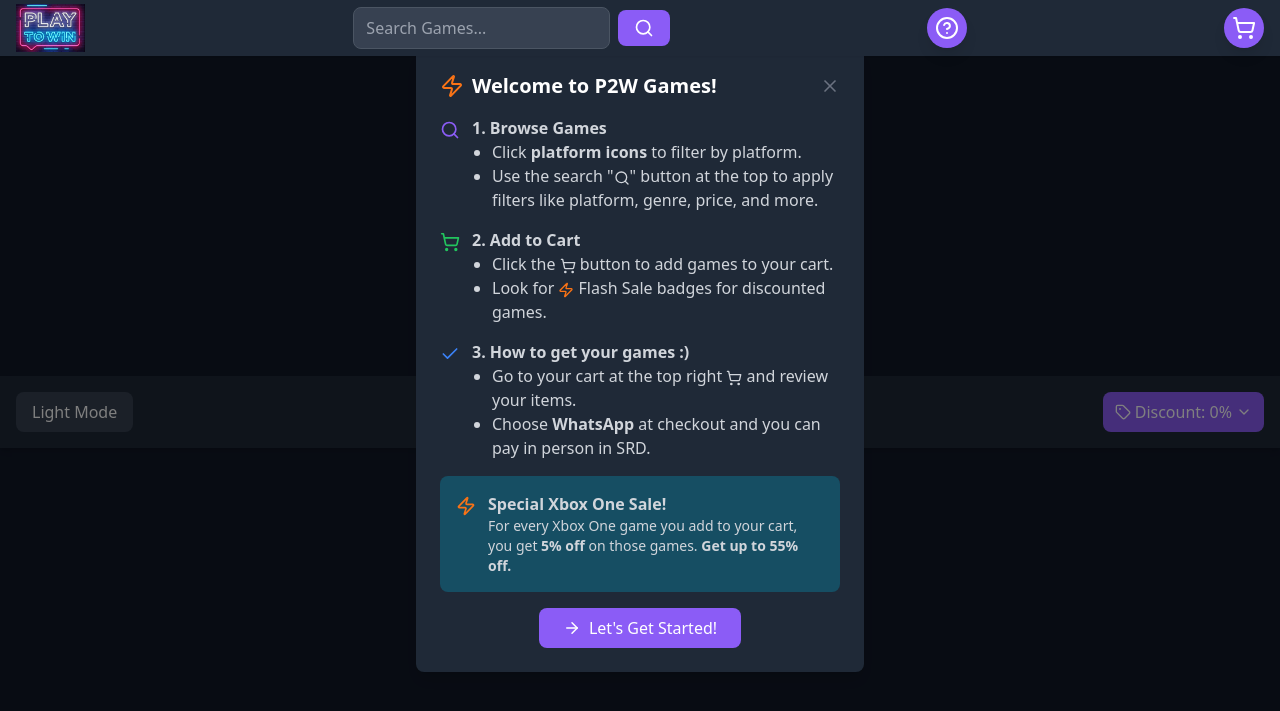
Repository: Play2Win777/P2W-Superbase
Page: /checkout
An editor plug-in stored every save of this project. The page is shown before and after a run of saves, followed by the edit.
The browser window is 1280 px wide. The pictures show the whole page.
The page's requests for data from a server got no answer. The project was rebuilt for these pictures with package versions that can differ from the ones it lists, and the page was loaded fresh each time. No one was signed in, and anything a server would have sent is missing. Also part of the build but not shown: vite.config.ts, src/components/Filters.tsx, src/components/GameCard.tsx, src/components/FlashSaleBadge.tsx, src/pages/GameDetails.tsx, src/pages/FlashSalePage.tsx, src/pages/IntroSalePage.tsx, src/components/Toast.tsx.

Above is the page before, as saved 2025-03-23 02:03:54.

### index.html
<!doctype html>
<html lang="en">
  <head>
    <meta charset="UTF-8" />
    <link rel="icon" type="image/svg+xml" href="/vite.svg" />
    <meta name="viewport" content="width=device-width, initial-scale=1.0" />
    <title>P2W Games</title>
  </head>
  <body>
    <div id="root"></div>
    <script type="module" src="/src/main.tsx"></script>
  </body>
</html>

### src/main.tsx
import { StrictMode } from 'react';
import { createRoot } from 'react-dom/client';
import App from './App.tsx';
import './index.css';

// Add Storylane script dynamically
//const script = document.createElement('script');
//script.src = 'https://js.storylane.io/js/v2/storylane.js';
//script.async = true;
//document.head.appendChild(script);

createRoot(document.getElementById('root')!).render(
  <StrictMode>
    <App />
  </StrictMode>
);

### src/App.tsx
// src/App.tsx
import React, { useEffect, useState } from 'react';
import { BrowserRouter as Router, Routes, Route, useNavigate, useLocation } from 'react-router-dom';
import { Search, Zap, X, ShoppingCart, Filter, ArrowRight, Check, HelpCircle } from 'lucide-react';
import { fetchGames } from './api';
import { useStore } from './store';
import { Filters } from './components/Filters';
import { GameCard } from './components/GameCard';
import { Cart } from './components/Cart';
import { GameDetails } from './pages/GameDetails';
import { Checkout } from './pages/Checkout';
import { FlashSalePage } from './pages/FlashSalePage';
import { IntroSalePage } from './pages/IntroSalePage';
import { DiscountPopup } from './components/DiscountPopup';
import { ThemeContext } from './context/ThemeContext';
import { Toast } from './components/Toast';
import { ExchangeRateProvider } from './context/ExchangeRateContext';

// IntroModal Component
const IntroModal = ({ isOpen, onClose }) => {
  if (!isOpen) return null;

  return (
    <div
      className="fixed inset-0 bg-black/50 flex items-center justify-center p-4 z-50"
      onClick={onClose} // Close modal when clicking outside
    >
      <div
        className="bg-white dark:bg-gray-800 p-6 rounded-lg max-w-md w-full max-h-[90vh] overflow-y-auto shadow-lg transform transition-all duration-300 ease-out animate-fade-in-scale"
        onClick={(e) => e.stopPropagation()} // Prevent clicks inside the modal from closing it
      >
        {/* Modal Header */}
        <div className="flex justify-between items-center mb-4">
          <h2 className="text-xl font-bold dark:text-white flex items-center gap-2">
            <Zap size={24} className="text-orange-500" />
            Welcome to P2W Games!
          </h2>
          <button
            onClick={onClose}
            className="text-gray-500 hover:text-gray-700 dark:hover:text-gray-300"
          >
            <X size={20} />
          </button>
        </div>

        {/* Modal Body */}
        <div className="text-gray-700 dark:text-gray-300 space-y-4">
          {/* Step 1: Browse Games */}
          <div className="flex items-start gap-3">
            <Search size={20} className="flex-shrink-0 mt-1 text-purple-500" />
            <div>
              <p className="font-semibold">1. Browse Games</p>
              <ul className="list-disc pl-5">
                <li>Click <strong>platform icons</strong> to filter by platform.</li>
                <li>Use the search "<Search size={16} className="inline" />" button at the top to apply filters like platform, genre, price, and more.</li>
              </ul>
            </div>
          </div>

          {/* Step 2: Add to Cart */}
          <div className="flex items-start gap-3">
            <ShoppingCart size={20} className="flex-shrink-0 mt-1 text-green-500" />
            <div>
              <p className="font-semibold">2. Add to Cart</p>
              <ul className="list-disc pl-5">
                <li>Click the <ShoppingCart size={16} className="inline" /> button to add games to your cart.</li>
                <li>Look for <Zap size={16} className="inline text-orange-500" /> Flash Sale badges for discounted games.</li>
              </ul>
            </div>
          </div>

          {/* Step 3: Checkout */}
          <div className="flex items-start gap-3">
            <Check size={20} className="flex-shrink-0 mt-1 text-blue-500" />
            <div>
              <p className="font-semibold">3. How to get your games :)</p>
              <ul className="list-disc pl-5">
                <li>Go to your cart at the top right <ShoppingCart size={16} className="inline" /> and review your items.</li>
                <li>Choose <strong>WhatsApp</strong> at checkout and you can pay in person in SRD.</li>
              </ul>
            </div>
          </div>

          {/* Special Xbox One Sale Note */}
          <div className="bg-yellow-100 dark:bg-cyan-900 p-4 rounded-lg">
            <div className="flex items-start gap-3">
              <Zap size={20} className="flex-shrink-0 mt-1 text-orange-500" />
              <div>
                <p className="font-semibold">Special Xbox One Sale!</p>
                <p className="text-sm">
                  For every Xbox One game you add to your cart, you get <strong>5% off</strong> on those games. <strong>Get up to 55% off.</strong>
                </p>
              </div>
            </div>
          </div>

          {/* Call to Action */}
          <div className="mt-4 flex justify-center">
            <button
              onClick={onClose}
              className="bg-purple-500 text-white px-6 py-2 rounded-lg hover:bg-purple-600 transition-colors flex items-center gap-2"
            >
              <ArrowRight size={18} />
              Let's Get Started!
            </button>
          </div>
        </div>
      </div>
    </div>
  );
};

// SEARCH BAR COMPONENT
const SearchBar = () => {
  const {
    games,
    searchGames,
    setFilteredGames,
    setCurrentPage
  } = useStore();
  const [searchTerm, setSearchTerm] = useState('');
  const navigate = useNavigate();
  const location = useLocation();

  const handleSearch = (e) => {
    const term = e.target.value;
    setSearchTerm(term);

    if (searchGames) {
      searchGames(term);
    } else {
      if (!term.trim()) {
        setFilteredGames(games);
      } else {
        const results = games.filter(game =>
          game.Game_Title.toLowerCase().includes(term.toLowerCase())
        );
        setFilteredGames(results);
      }
    }

    // Reset to first page when searching
    setCurrentPage(1);

    // If user is not on the home page and they've typed at least 2 characters, navigate to home
    if (location.pathname !== '/' && term.length >= 2) {
      navigate('/');
    }
  };

  return (
    <input
      type="text"
      placeholder="Search Games..."
      value={searchTerm}
      onChange={handleSearch}
      className="w-full px-3 py-2 border rounded-lg text-gray-900 dark:bg-gray-700 dark:text-white dark:border-gray-600"
    />
  );
};

// FOOTER COMPONENT
const Footer = ({ toggleDarkMode, darkMode }) => {
  return (
    <footer className="bg-white dark:bg-gray-800 shadow-md mt-8 py-4 overflow-visible">
      <div className="container mx-auto px-4 flex items-center justify-between">
        {/* Dark Mode Toggle on the left */}
        <button
          onClick={toggleDarkMode}
          className="bg-gray-200 dark:bg-gray-700 text-gray-900 dark:text-white px-4 py-2 rounded-lg whitespace-nowrap"
        >
          {darkMode ? (
            <span>Light Mode</span>
          ) : (
            <span>Dark Mode</span>
          )}
        </button>

        {/* Add DiscountPopup button to the footer */}
        <div className="ml-4">
          <DiscountPopup />
        </div>
      </div>
    </footer>
  );
};

function App() {
  const {
    games,
    filteredGames,
    currentPage,
    setGames,
    setFilteredGames,
    setCurrentPage,
    showFilters,
    setShowFilters,
    filters,
    toastMessage,
    toastDiscountInfo,
  } = useStore();

  const [darkMode, setDarkMode] = useState(true);
  const [isScrolling, setIsScrolling] = useState(false);
  const [showIntroModal, setShowIntroModal] = useState(false);

  // Show intro modal on first visit
  useEffect(() => {
    const hasSeenIntro = localStorage.getItem('hasSeenIntro');
    if (!hasSeenIntro) {
      setShowIntroModal(true);
      localStorage.setItem('hasSeenIntro', 'true');
    }
  }, []);

  useEffect(() => {
    const loadGames = async () => {
      const fetchedGames = await fetchGames();
      const randomizedGames = [...fetchedGames].sort(() => Math.random() - 0.5);
      setGames(randomizedGames);
      setFilteredGames(randomizedGames);
    };

    loadGames();
  }, [setGames, setFilteredGames]);

  useEffect(() => {
    if (darkMode) {
      document.documentElement.classList.add('dark');
    } else {
      document.documentElement.classList.remove('dark');
    }
  }, [darkMode]);

  const toggleDarkMode = () => {
    setDarkMode((prev) => !prev);
  };

  const toggleFilters = () => {
    setShowFilters(!showFilters);
    if (!showFilters) {
      setIsScrolling(false);
      window.scrollTo({ top: 0, behavior: 'smooth' });
      setTimeout(() => {
        setIsScrolling(true);
      }, 1000);
    }
  };

  const gamesPerPage = 12;
  const paginatedGames = filteredGames.slice(0, currentPage * gamesPerPage);
  const hasMore = paginatedGames.length < filteredGames.length;

  const themeValue = {
    darkMode,
    toggleDarkMode: () => setDarkMode(prev => !prev)
  };

  return (
    <ThemeContext.Provider value={themeValue}>
      <ExchangeRateProvider>
        <Router>
          <div className={`min-h-screen ${darkMode ? 'bg-gray-900' : 'bg-gray-50'}`}>
            {/* Intro Modal */}
            <IntroModal
              isOpen={showIntroModal}
              onClose={() => setShowIntroModal(false)}
            />

            {/* Toast */}
            {toastMessage && (
              <Toast
                message={toastMessage}
                discountInfo={toastDiscountInfo || undefined}
              />
            )}

            <header className="bg-white dark:bg-gray-800 shadow-sm sticky top-0 z-50">
              <div className="container mx-auto px-4 py-1">
                <div className="flex justify-between items-center">
                  <div className="flex items-center gap-2">
                    <h1
                      onClick={() => window.location.href = '/'}
                      className="text-2xl font-bold text-gray-900 dark:text-white whitespace-nowrap cursor-pointer flex items-center"
                    >
                      <img src="/assets/icons/p2wlogo.png" alt="Play 2 Win" className="h-12 mr-3" />
                    </h1>
                  </div>

                  <div className="flex items-center w-1/2 md:w-auto">
                    <div className="mr-2 flex-grow">
                      <SearchBar />
                    </div>
                    <button
                      onClick={toggleFilters}
                      className="bg-purple-500 hover:bg-purple-600 text-white font-bold py-2 px-4 rounded-lg flex items-center"
                    >
                      <Search className="h-5 w-5" />
                    </button>
                  </div>

                  <button
                    onClick={() => setShowIntroModal((prev) => !prev)} // Toggle modal
                    className="p-2 bg-purple-500 text-white rounded-full hover:bg-purple-600 transition-colors shadow-lg relative group"
                  >
                    <HelpCircle size={24} />
                    <div className="absolute top-full left-1/2 transform -translate-x-1/2 mt-2 px-2 py-1 bg-gray-800 text-white text-sm rounded opacity-0 group-hover:opacity-100 transition-opacity whitespace-nowrap z-50">
                      How it works
                    </div>
                  </button>

                  <Cart className="hidden md:block" />
                </div>
              </div>
            </header>

            <Routes>
              <Route
                path="/"
                element={
                  <main className="container mx-auto px-4 py-4">
                    {showFilters && (
                      <div className="mb-6">
                        <Filters />
                      </div>
                    )}

                    <div className="grid grid-cols-1 sm:grid-cols-2 lg:grid-cols-2 xl:grid-cols-3 gap-6 mt-0">
                      {paginatedGames.map((game) => (
                        <GameCard key={game.id} game={game} />
                      ))}
                    </div>
                    {hasMore && (
                      <div className="mt-8 text-center">
                        <button
                          onClick={() => setCurrentPage(currentPage + 1)}
                          className="bg-purple-500 text-white px-6 py-2 rounded-lg hover:bg-purple-600 transition-colors"
                        >
                          Load More Games
                        </button>
                      </div>
                    )}
                  </main>
                }
              />
              <Route path="/game/:id" element={<GameDetails />} />
              <Route path="/checkout" element={<Checkout />} />
              <Route path="/flash-sale" element={<FlashSalePage />} />
              <Route path="/intro-sale" element={<IntroSalePage />} />
            </Routes>

            <Footer toggleDarkMode={themeValue.toggleDarkMode} darkMode={darkMode} />
          </div>
        </Router>
      </ExchangeRateProvider>
    </ThemeContext.Provider>
  );
}

export default App;

### src/api.ts
import { createClient } from '@supabase/supabase-js';
import { Game } from './types';

const supabase = createClient(
  import.meta.env.VITE_SUPABASE_URL,
  import.meta.env.VITE_SUPABASE_KEY
);

export const fetchGames = async (): Promise<Game[]> => {
  const { data, error } = await supabase
    .from('Games')
    .select(`
      id,
      Game_Title,
      Platform,
      Genre,
      Sub_Genre,
      Age_Rating,
      Max_Offline_Players,
      Game_Modes,
      Developer,
      Release_Year,
      Price_to_Sell_For,
      Metacritic_Score,
      User_Score,
      Short_Description,
      Key_Features,
      Unique_Selling_Point,
      image_url_medium,
      Youtube_link
    `);

  if (error) {
    console.error('Supabase error:', error);
    return [];
  }

  return data as Game[];
};

### src/context/ThemeContext.tsx

 // src/context/ThemeContext.tsx
 import { createContext, useContext } from 'react';


 type ThemeContextType = {
  darkMode: boolean;
  toggleDarkMode: () => void;
 };


 export const ThemeContext = createContext<ThemeContextType>({
  darkMode: false,
  toggleDarkMode: () => {},
 });


 export const useTheme = () => useContext(ThemeContext);

### src/context/ExchangeRateContext.tsx
// src/context/ExchangeRateContext.tsx
import React, { createContext, useState, useEffect, useContext } from 'react';

interface ExchangeRateContextType {
  exchangeRate: number | null;
}

const ExchangeRateContext = createContext<ExchangeRateContextType>({ exchangeRate: null });

export const ExchangeRateProvider: React.FC<{ children: React.ReactNode }> = ({ children }) => {
  const [exchangeRate, setExchangeRate] = useState<number | null>(null);

  useEffect(() => {
    const fetchExchangeRate = async () => {
      try {
        const response = await fetch('https://api.exchangerate-api.com/v4/latest/USD');
        const data = await response.json();
        const usdToSrd = data.rates.SRD || 36.35; // Fallback to 36.35 if API fails
        setExchangeRate(usdToSrd + 0.4); // Add 40 cents markup
      } catch (error) {
        console.error('Failed to fetch exchange rate:', error);
        setExchangeRate(36.35 + 0.4); // Fallback to 36.35 + 0.4 if API fails
      }
    };

    fetchExchangeRate();
  }, []);

  return (
    <ExchangeRateContext.Provider value={{ exchangeRate }}>
      {children}
    </ExchangeRateContext.Provider>
  );
};

export const useExchangeRate = () => useContext(ExchangeRateContext);

Loaded but not shown: tailwind.config.js (25 lines, source omitted); src/pages/Checkout.tsx (702 lines, source omitted); src/components/Cart.tsx (276 lines, source omitted); src/store.ts (278 lines, source omitted); src/index.css (176 lines, source omitted); src/components/DiscountPopup.tsx (77 lines, source omitted); src/utils/gameHelpers.ts (70 lines, source omitted)

After the next 2 saves:
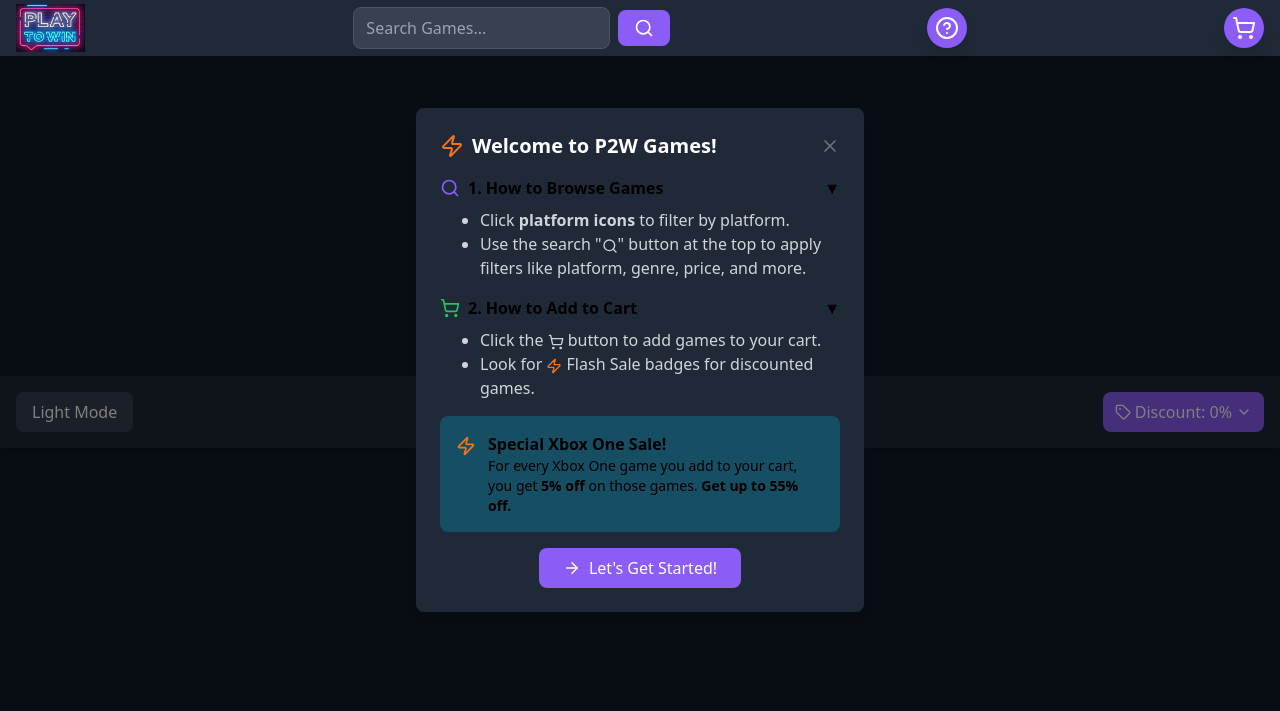
The 2 saves are shown as one change because 1 did not build or start.
The last was saved 9 h 52 min later.
--- a/src/App.tsx
+++ b/src/App.tsx
@@ -18,6 +18,10 @@
 
 // IntroModal Component
 const IntroModal = ({ isOpen, onClose }) => {
+  const [isBrowseOpen, setIsBrowseOpen] = useState(true);
+  const [isAddToCartOpen, setIsAddToCartOpen] = useState(true);
+  const [isCheckoutOpen, setIsCheckoutOpen] = useState(true);
+
   if (!isOpen) return null;
 
   return (
@@ -26,10 +30,10 @@
       onClick={onClose} // Close modal when clicking outside
     >
       <div
-        className="bg-white dark:bg-gray-800 p-6 rounded-lg max-w-md w-full max-h-[90vh] overflow-y-auto shadow-lg transform transition-all duration-300 ease-out animate-fade-in-scale"
+        className="bg-white dark:bg-gray-800 p-6 rounded-lg max-w-md w-full max-h-[70vh] flex flex-col shadow-lg transform transition-all duration-300 ease-out animate-fade-in-scale"
         onClick={(e) => e.stopPropagation()} // Prevent clicks inside the modal from closing it
       >
-        {/* Modal Header */}
+        {/* Fixed Header */}
         <div className="flex justify-between items-center mb-4">
           <h2 className="text-xl font-bold dark:text-white flex items-center gap-2">
             <Zap size={24} className="text-orange-500" />
@@ -43,72 +47,97 @@
           </button>
         </div>
 
-        {/* Modal Body */}
-        <div className="text-gray-700 dark:text-gray-300 space-y-4">
-          {/* Step 1: Browse Games */}
-          <div className="flex items-start gap-3">
-            <Search size={20} className="flex-shrink-0 mt-1 text-purple-500" />
-            <div>
-              <p className="font-semibold">1. Browse Games</p>
-              <ul className="list-disc pl-5">
+        {/* Scrollable Content */}
+        <div className="flex-1 overflow-y-auto space-y-4">
+          {/* Collapsible Section: How to Browse Games */}
+          <div className="flex flex-col gap-2">
+            <button
+              onClick={() => setIsBrowseOpen(!isBrowseOpen)}
+              className="flex items-center gap-2 text-left"
+            >
+              <Search size={20} className="flex-shrink-0 text-purple-500" />
+              <p className="font-semibold">1. How to Browse Games</p>
+              <span className="ml-auto transform transition-transform">
+                {isBrowseOpen ? '▼' : '▶'}
+              </span>
+            </button>
+            {isBrowseOpen && (
+              <ul className="list-disc pl-10 text-gray-700 dark:text-gray-300">
                 <li>Click <strong>platform icons</strong> to filter by platform.</li>
                 <li>Use the search "<Search size={16} className="inline" />" button at the top to apply filters like platform, genre, price, and more.</li>
               </ul>
-            </div>
-          </div>
-
-          {/* Step 2: Add to Cart */}
-          <div className="flex items-start gap-3">
-            <ShoppingCart size={20} className="flex-shrink-0 mt-1 text-green-500" />
-            <div>
-              <p className="font-semibold">2. Add to Cart</p>
-              <ul className="list-disc pl-5">
+            )}
+          </div>
+
+          {/* Collapsible Section: How to Add to Cart */}
+          <div className="flex flex-col gap-2">
+            <button
+              onClick={() => setIsAddToCartOpen(!isAddToCartOpen)}
+              className="flex items-center gap-2 text-left"
+            >
+              <ShoppingCart size={20} className="flex-shrink-0 text-green-500" />
+              <p className="font-semibold">2. How to Add to Cart</p>
+              <span className="ml-auto transform transition-transform">
+                {isAddToCartOpen ? '▼' : '▶'}
+              </span>
+            </button>
+            {isAddToCartOpen && (
+              <ul className="list-disc pl-10 text-gray-700 dark:text-gray-300">
                 <li>Click the <ShoppingCart size={16} className="inline" /> button to add games to your cart.</li>
                 <li>Look for <Zap size={16} className="inline text-orange-500" /> Flash Sale badges for discounted games.</li>
               </ul>
-            </div>
-          </div>
-
-          {/* Step 3: Checkout */}
-          <div className="flex items-start gap-3">
-            <Check size={20} className="flex-shrink-0 mt-1 text-blue-500" />
-            <div>
-              <p className="font-semibold">3. How to get your games :)</p>
-              <ul className="list-disc pl-5">
+            )}
+          </div>
+
+          {/* Collapsible Section: How to Get Your Games */}
+          <div className="flex flex-col gap-2">
+            <button
+              onClick={() => setIsCheckoutOpen(!isCheckoutOpen)}
+              className="flex items-center gap-2 text-left"
+            >
+              <Check size={20} className="flex-shrink-0 text-blue-500" />
+              <p className="font-semibold">3. How to Get Your Games</p>
+              <span className="ml-auto transform transition-transform">
+                {isCheckoutOpen ? '▼' : '▶'}
+              </span>
+            </button>
+            {isCheckoutOpen && (
+              <ul className="list-disc pl-10 text-gray-700 dark:text-gray-300">
                 <li>Go to your cart at the top right <ShoppingCart size={16} className="inline" /> and review your items.</li>
                 <li>Choose <strong>WhatsApp</strong> at checkout and you can pay in person in SRD.</li>
               </ul>
+            )}
+          </div>
+        </div>
+
+        {/* Fixed Footer: Special Xbox Sale Announcement */}
+        <div className="bg-yellow-100 dark:bg-cyan-900 p-4 rounded-lg mt-4">
+          <div className="flex items-start gap-3">
+            <Zap size={20} className="flex-shrink-0 mt-1 text-orange-500" />
+            <div>
+              <p className="font-semibold">Special Xbox One Sale!</p>
+              <p className="text-sm">
+                For every Xbox One game you add to your cart, you get <strong>5% off</strong> on those games. <strong>Get up to 55% off.</strong>
+              </p>
             </div>
           </div>
-
-          {/* Special Xbox One Sale Note */}
-          <div className="bg-yellow-100 dark:bg-cyan-900 p-4 rounded-lg">
-            <div className="flex items-start gap-3">
-              <Zap size={20} className="flex-shrink-0 mt-1 text-orange-500" />
-              <div>
-                <p className="font-semibold">Special Xbox One Sale!</p>
-                <p className="text-sm">
-                  For every Xbox One game you add to your cart, you get <strong>5% off</strong> on those games. <strong>Get up to 55% off.</strong>
-                </p>
-              </div>
-            </div>
-          </div>
-
-          {/* Call to Action */}
-          <div className="mt-4 flex justify-center">
-            <button
-              onClick={onClose}
-              className="bg-purple-500 text-white px-6 py-2 rounded-lg hover:bg-purple-600 transition-colors flex items-center gap-2"
-            >
-              <ArrowRight size={18} />
-              Let's Get Started!
-            </button>
-          </div>
+        </div>
+
+        {/* Call to Action */}
+        <div className="mt-4 flex justify-center">
+          <button
+            onClick={onClose}
+            className="bg-purple-500 text-white px-6 py-2 rounded-lg hover:bg-purple-600 transition-colors flex items-center gap-2"
+          >
+            <ArrowRight size={18} />
+            Let's Get Started!
+          </button>
         </div>
       </div>
     </div>
   );
 };
+
 
 // SEARCH BAR COMPONENT
 const SearchBar = () => {
